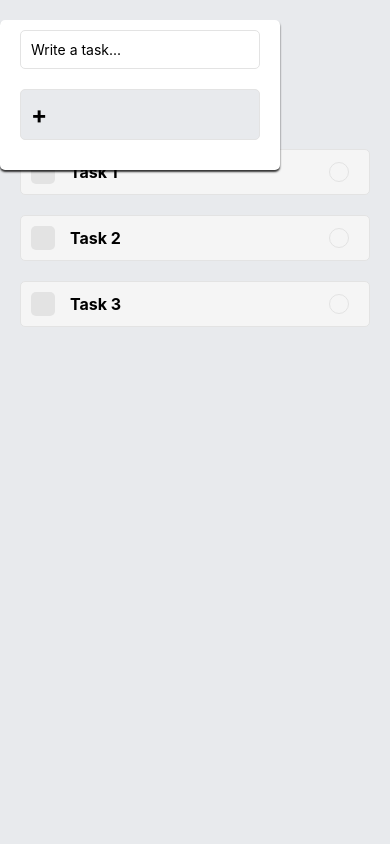
Repository: lomelo-x/ToDo-App
Screen: /
These files come from the project's save history. The screen is drawn as it stood at one moment and after a run of saves; the edit follows.
The app was drawn by React Native's web renderer in a window 390 px wide. The project was rebuilt for these pictures with package versions that can differ from the ones it lists, and the page was loaded fresh each time.

Above is the screen before, as saved 2022-06-17 21:17:09.

### App.js
import { StatusBar } from 'expo-status-bar';
import { StyleSheet, Text, View, KeyboardAvoidingView, Platform, TextInput, TouchableOpacity } from 'react-native';
import Task from './components/Task';

export default function App() {
	return (
		<View style={styles.container}>
			<View style={styles.todoContainer}>
				<Text style={styles.sectionTitle}>Today's Tasks</Text>
				<View style={styles.itemsContainer}>
					<Task text={'Task 1'} />
					<Task text={'Task 2'}/>
					<Task text={'Task 3'}/>
				</View>
			</View>
			<KeyboardAvoidingView
			behavior={Platform.OS === 'ios' ? 'padding' : "height" }
			style={styles.writeTaskContainer}>
				<TextInput style={styles.writeTaskInput} placeholder="Write a task..." />
				<TouchableOpacity>
					<View style={styles.addTaskButton}>
						<Text style={styles.addTaskButtonText}>+</Text>
					</View>
				</TouchableOpacity>
			</KeyboardAvoidingView>
		</View>
	);
}

const styles = StyleSheet.create({
	container: {
		flex: 1,
		backgroundColor: '#E8EAED',
	},
	todoContainer: {
		paddingTop: 80,
		paddingHorizontal: 20,
	},
	sectionTitle: {
		fontSize: 24,
		fontWeight: 'bold',
		marginBottom: 20,
	},
	itemsContainer: {
		marginTop: 20,
	},
	writeTaskContainer: {
		position: 'absolute',
		paddingHorizontal: 20,
		paddingVertical: 10,
		backgroundColor: '#fff',
		borderRadius: 5,
		shadowColor: '#000',
		shadowOffset: { width: 0, height: 2 },
		shadowOpacity: 0.8,
		shadowRadius: 2,
		elevation: 1,
		marginTop: 20,
	},
writeTaskInput: {
		borderWidth: 1,
		borderColor: '#e3e3e3',
		borderRadius: 5,
		padding: 10,
		marginBottom: 20,
	},
addTaskButton: {
		backgroundColor: '#E8EAED',
		padding: 10,
		borderRadius: 5,
		borderWidth: 1,
		borderColor: '#e3e3e3',
		flexDirection: 'row',
		alignItems: 'center',
		justifyContent: 'space-between',
		marginBottom: 20,
	},
addTaskButtonText: {
		fontSize: 24,
		fontWeight: 'bold',
	},
});

### components/Task.js
import React from 'react';
import { View, Text, StyleSheet, TouchableOpacity } from 'react-native';

const Task = ({ text }) => {
	return (
		<View style={styles.taskContainer}>
			<View style={styles.taskLeft}>
				<TouchableOpacity style={styles.square}></TouchableOpacity>
				<Text style={styles.taskText}>{text}</Text>
			</View>
			<View style={styles.taskRight}></View>
		</View>
	);
};

const styles = StyleSheet.create({
	taskContainer: {
		backgroundColor: '#f5f5f5',
		padding: 10,
		marginBottom: 10,
		borderRadius: 5,
		borderWidth: 1,
		borderColor: '#e3e3e3',
		flexDirection: 'row',
		alignItems: 'center',
		justifyContent: 'space-between',
		marginBottom: 20,
	},
	taskText: {
		fontSize: 16,
		fontWeight: 'bold',
	},
	taskLeft: {
		flexDirection: 'row',
		alignItems: 'center',
		flexWrap: 'wrap',
		maxWidth: '80%',
	},
	taskRight: {
		width: 20,
		height: 20,
		borderRadius: 50,
		borderColor: '#e3e3e3',
		borderWidth: 1,
		marginRight: 10,
	},
	square: {
		width: 24,
		height: 24,
		backgroundColor: '#e3e3e3',
		borderRadius: 5,
		marginRight: 15,
	},
});

export default Task;

After the next 3 saves:
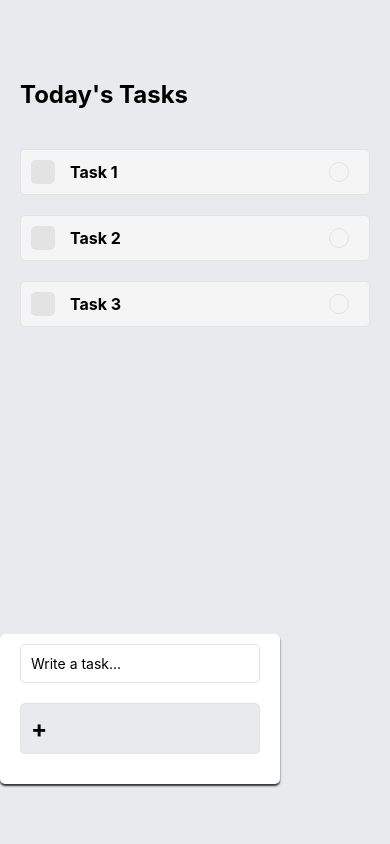
The 3 saves are shown as one change because they came seconds apart.
The last was saved 16 s later.
--- a/App.js
+++ b/App.js
@@ -46,6 +46,7 @@ const styles = StyleSheet.create({
 	},
 	writeTaskContainer: {
 		position: 'absolute',
+		bottom: 60,
 		paddingHorizontal: 20,
 		paddingVertical: 10,
 		backgroundColor: '#fff',
